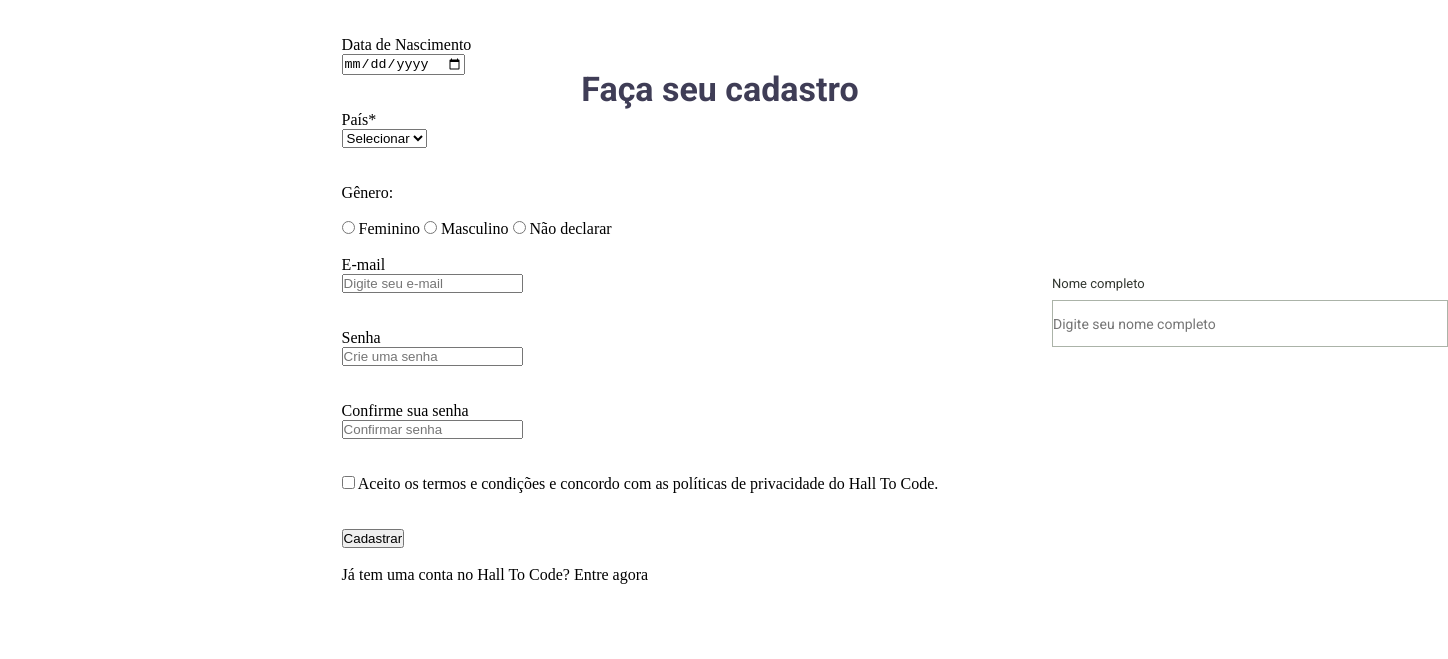
Repository: RenatoCCS/formularios
Page: cadastro.html
An editor plug-in stored every save of this project. The page is shown before and after the next save, followed by the edit.
The browser window is 1280 px wide. The page is 1448 px wide, so the pictures cover 1448 px, including what lies to the right of the window. The pictures show the whole page.

Above is the page before, as saved 2023-03-22 20:52:48.

After the next save:
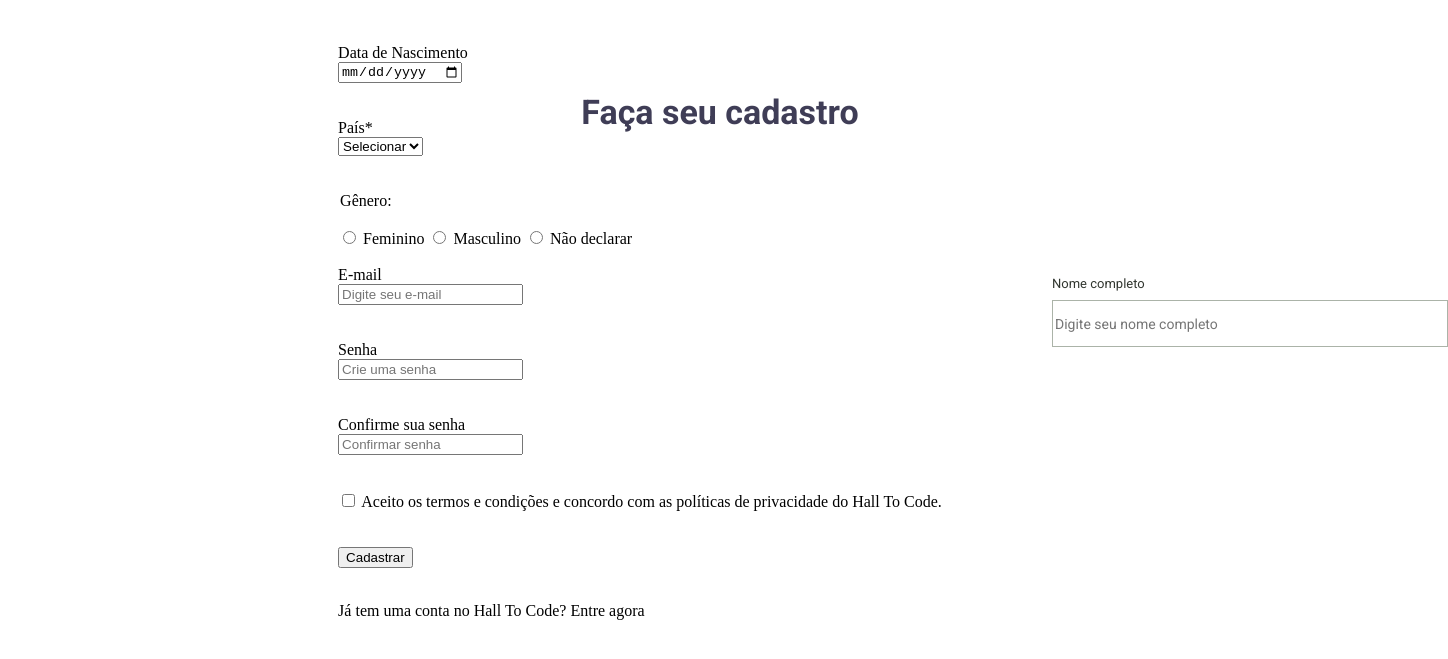
Saved 45 s later.
--- a/style.css
+++ b/style.css
@@ -1,9 +1,4 @@
 @import url('https://fonts.googleapis.com/css2?family= Roboto :wght@400;700 & display=swap');
-
-* {
-  margin: 0;
-  padding: 0;
-}
 
 :root {
   --primeira-cor: #3f3d56;

After the save that followed:
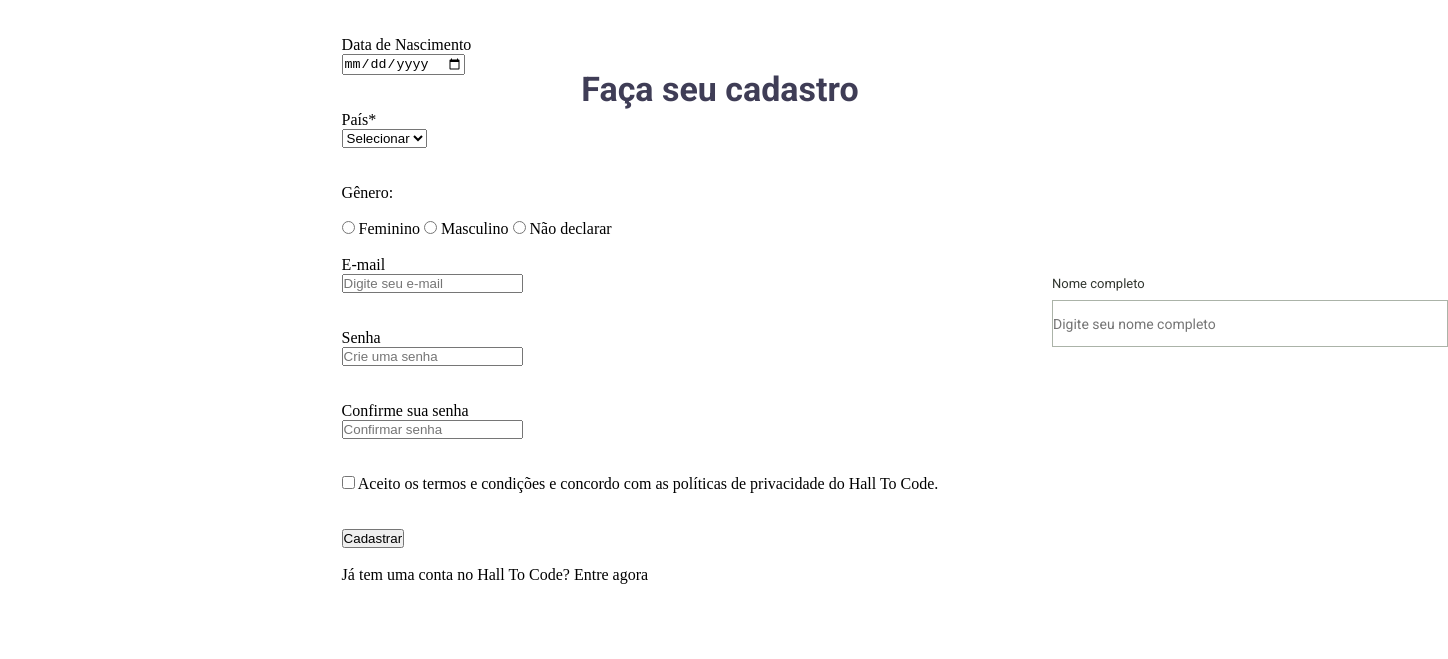
Saved 6 s later.
--- a/style.css
+++ b/style.css
@@ -1,4 +1,9 @@
 @import url('https://fonts.googleapis.com/css2?family= Roboto :wght@400;700 & display=swap');
+
+* {
+  margin: 0;
+  padding: 0;
+}
 
 :root {
   --primeira-cor: #3f3d56;
